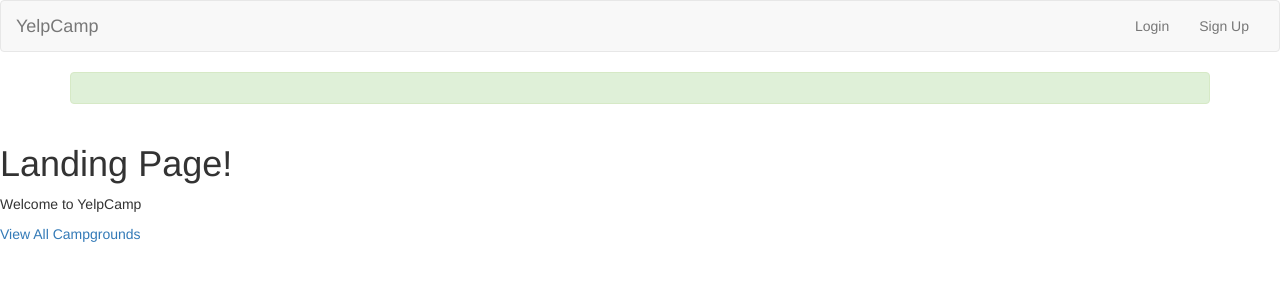
Repository: marriotts/webdevboot
Page: http://localhost/
The author's editor kept a record of every edit. The page is drawn from the files as they stood at one moment, then again after a run of edits.
The browser window is 1280 px wide. The pictures show the whole page.
The page is served by the project's Node server (YelpCamp/v11/app.js).

Above is the page before.

After the next 2 edits:
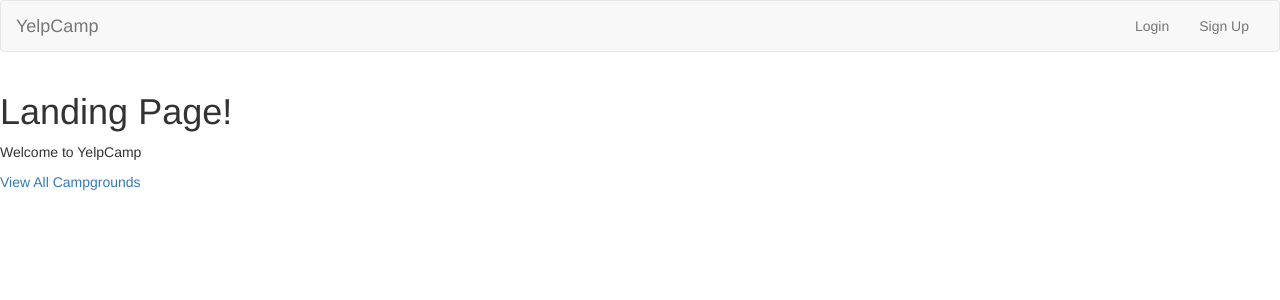
The 2 edits are shown as one change because 1 did not build or start.
The edit:
--- a/YelpCamp/v11/views/partials/header.ejs
+++ b/YelpCamp/v11/views/partials/header.ejs
@@ -32,7 +32,9 @@
                 <%= error %>
             </div>
         <% } %>
-        <div class="alert alert-success" role="alert">
-            <%= success %>
-        </div>
+        <% if(success && success.length > 0){ %>
+            <div class="alert alert-success" role="alert">
+                <%= success %>
+            </div>
+        <% } %>
     </div>
